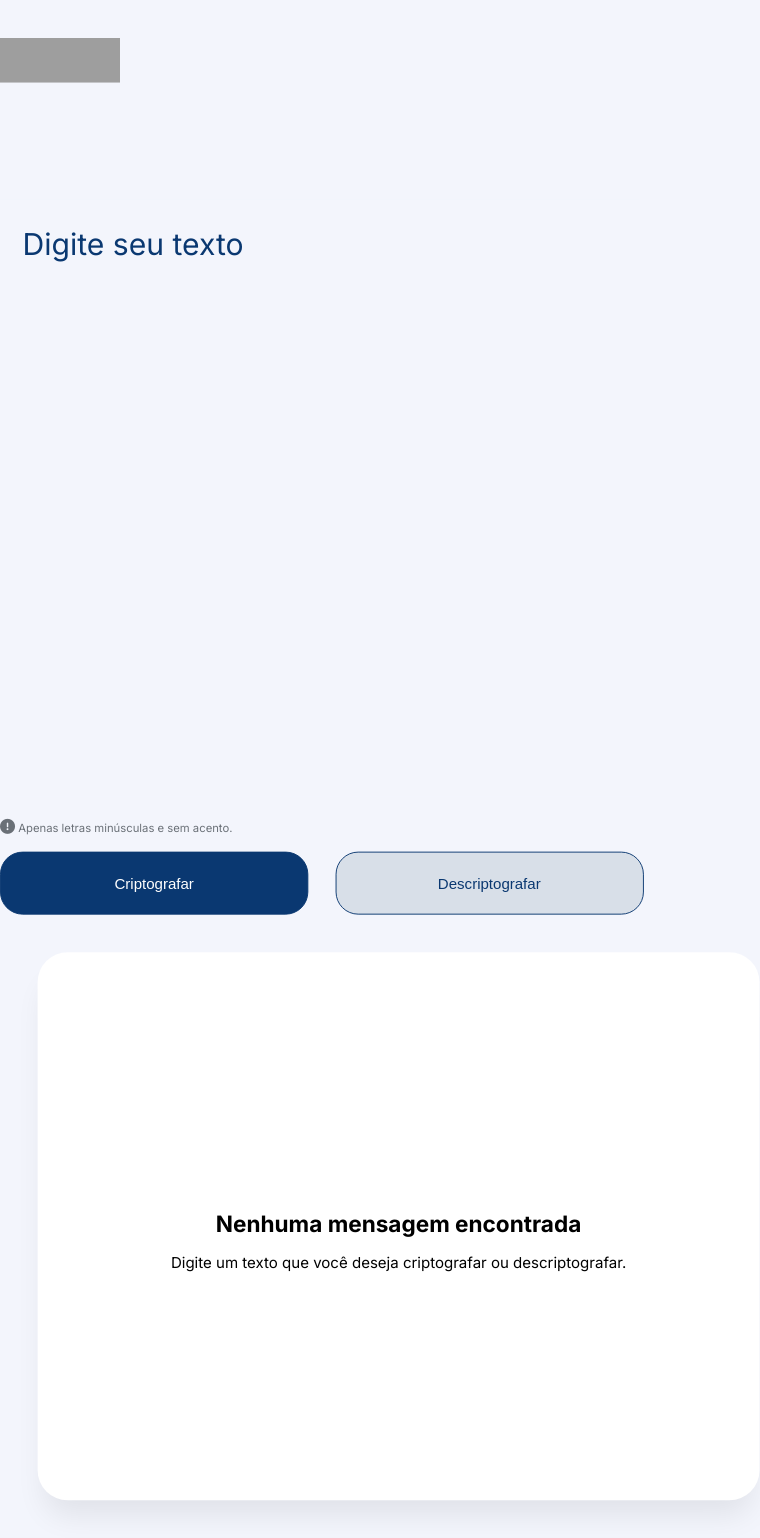
Repository: CarlosEduardoVdeOliveira/descodificador-de-texto
Page: index.html
These files come from the project's save history. The page is drawn as it stood at one moment and after the next save; the edit follows.
The browser window is 768 px wide. The page is 808 px wide, so the pictures cover 808 px, including what lies to the right of the window. The pictures show the whole page, at 94% of full size.
Pictures or frames that could not be fetched are drawn as grey boxes.

Above is the page before, as saved 2023-04-13 08:17:39.

### index.html
<!DOCTYPE html>
<html lang="en">
<head>
   <meta charset="UTF-8">
   <link rel="preconnect" href="https://fonts.googleapis.com">
   <link rel="preconnect" href="https://fonts.gstatic.com" crossorigin>
   <meta http-equiv="X-UA-Compatible" content="IE=edge">
   <meta name="viewport" content="width=device-width, initial-scale=1.0">
   <link href="https://fonts.googleapis.com/css2?family=Inter:wght@400;700&display=swap" rel="stylesheet">
   <link rel="stylesheet" href="https://cdnjs.cloudflare.com/ajax/libs/font-awesome/6.4.0/css/all.min.css" integrity="sha512-iecdLmaskl7CVkqkXNQ/ZH/XLlvWZOJyj7Yy7tcenmpD1ypASozpmT/E0iPtmFIB46ZmdtAc9eNBvH0H/ZpiBw==" crossorigin="anonymous" referrerpolicy="no-referrer" />
   <link rel="stylesheet" href="/public/styles/reset.css">
   <link rel="stylesheet" href="/public/styles/index.css">
   <link rel="stylesheet" href="/public/styles/tablet.css">
   <title>Decodificador</title>
</head>
<body>
   <main>
      <img src="/public/images/imageLogo.png"
         alt="letra a da logo da escola de programação Alura">
      <div class="frist-area">
         <textarea class="textarea-input" placeholder="Digite seu texto" autofocus></textarea>
         <span>
            <i class="fa-solid fa-circle-exclamation"></i>
            Apenas letras minúsculas e sem acento.
         </span>
         <div>
            <button class="button-cryptography">Criptografar</button>
            <button class="button-decryption">Descriptografar</button>
         </div>
      </div>
      <div class="text-cryption">
         <img src="/public/images/imageHighLight.svg" alt="">
         <div>
            <h2>Nenhuma mensagem encontrada</h2>
            <p>
               Digite um texto que você deseja criptografar ou descriptografar.
            </p>
         </div>
      </div>
   </main>
   <script src="/public/scripts/index.js"></script>
</body>
</html>

### public/styles/reset.css
:root{
   --light-gray: #D8DFE8;
   --gray-100: #CED4DA;
   --gray-200: #ADB5BD;
   --gray-300: #868E96;
   --gray-400: #495057;
   --gray-500: #343A40;
   --light-blue-100: #F3F5FC;
   --light-blue-200: #EFF1FA;
   --light-blue-300: #E9ECF8;
   --light-blue-400: #AAB2D5;
   --light-blue-500: #757FB2;
   --dark-blue-100: #609ED4;
   --dark-blue-200: #356EA9;
   --dark-blue-300: #0A3871;
   --dark-blue-400: #072B61;
   --dark-blue-500: #052051;
}
*{
   margin: 0;
   padding: 0;
   box-sizing: border-box;
}

html{
   font-family:  'Inter', sans-serif;
   font-size: 1rem;
}

### public/styles/index.css
/* header{
   width: 100%;
   height: 2.5rem;
} */
body{
   background-color: var(--light-blue-100);
}
img{
   width: 8rem;
   height: 3rem;
   margin-top: 2.5rem;
}
main {
   display: flex;
   justify-content: space-around;
   align-items: self-start;
   margin: 0 auto;
}
.frist-area{
   display: flex;
   flex-direction: column;
   margin-top: 7.5rem;
}
textarea.textarea-input{
   width: 42.5rem;
   height: 39.68rem;
   font-family: 'Inter';
   font-size: 32px;
   line-height: 150%;
   background-color: var(--light-blue-100);
   color: var(--dark-blue-300);
   border: none;
   resize: none;
   margin-bottom: 1.5rem;
   padding: 1.5rem;
}
textarea.textarea-input:focus{
   outline: 0;
}

textarea.textarea-input::placeholder{
   color: var(--dark-blue-300);
}

i{
   color: var(--gray-400);
   font-size: 1rem;
}
span{
   font-size: 12px;
   color: var(--gray-400);
   line-height: 150%;
   opacity: 0.8;
   margin-bottom: 1rem;
}
button{
   padding: 1.5rem;
   gap: .5rem;
   width: 328px;
   height: 67px;
   border-radius: 1.5rem;
   cursor: pointer;
   font-size: 1rem;
   line-height: 19px;
   border: 1px solid var(--dark-blue-300);
   transition: all .2s;
}
.button-cryptography{
   background-color: var(--dark-blue-300);
   color: white;
   margin-right: 1.5rem;
}
.button-cryptography:hover{
   background-color: var(--dark-blue-400);
}
.button-decryption{
   background: var(--light-gray);
   color: var(--dark-blue-300);
}
.button-decryption:hover{
   background-color: var(--light-blue-200);
}
.text-cryption{
   width: 25rem;
   margin: 2.5rem;
   padding: 15.188rem 2rem;
   text-align: center;
   background-color: white;
   /* shadow */
   box-shadow: 0px 24px 32px -8px rgba(0, 0, 0, 0.08);
   border-radius: 32px;
}
.text-cryption div{
   display: flex;
   flex-direction: column;

   margin-top: 2rem;
   padding: 0px;
   gap: 16px;
}
.text-cryption img{
   width: 21rem;
   height: 19rem;
}

.format-text-cryption{
   /* padding: 2rem;
   position: relative; */

}

.button-copy-cryption{
   background-color: white;
}
.button-copy-cryption:hover{
   background-color: var(--light-blue-200);
}

### public/styles/tablet.css
@media (max-width: 768px) {
   main{
      display: block;
   }
   .button-cryptography{
      margin-right: 1.5rem;
   }
   .text-cryption{
      width: 100%;
   }
   .text-cryption img{
      display: none;
   }
}

### public/scripts/index.js
const elementTextarea = document.querySelector("textarea.textarea-input");
const areaCryption = document.querySelector(".text-cryption");
const buttonCryptography = document.querySelector(".button-cryptography");
const buttonDecryption = document.querySelector(".button-decryption");


function alterTextCryptionArea(){
   areaCryption.classList.remove('text-cryption')
   areaCryption.innerHTML = `
      <p>${elementTextarea.value}</p>
      <button class="button-copy-cryption">Copiar</button>
   `;
}
/*
function copyText(){
   const text = document.querySelector("format-text-cryption")
   text.select();
   document.execCommand('copy');
} */
/* document.querySelector("button-copy-cryption").onclick = copyText */
buttonCryptography.onclick = alterTextCryptionArea
buttonDecryption.onclick = alterTextCryptionArea

After the next save:
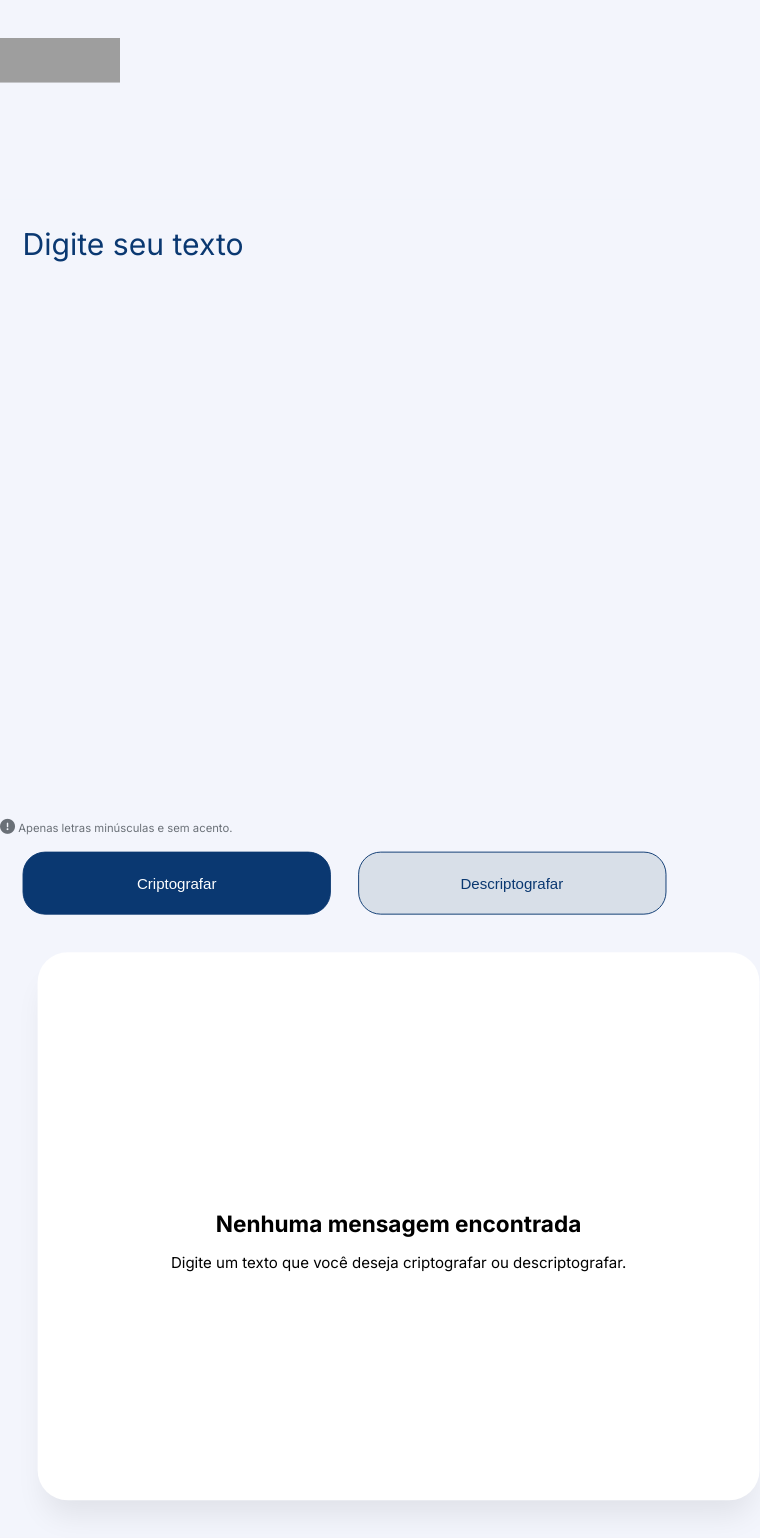
Saved 21 s later.
--- a/public/styles/tablet.css
+++ b/public/styles/tablet.css
@@ -3,7 +3,7 @@
       display: block;
    }
    .button-cryptography{
-      margin-right: 1.5rem;
+      margin-left: 1.5rem;
    }
    .text-cryption{
       width: 100%;
